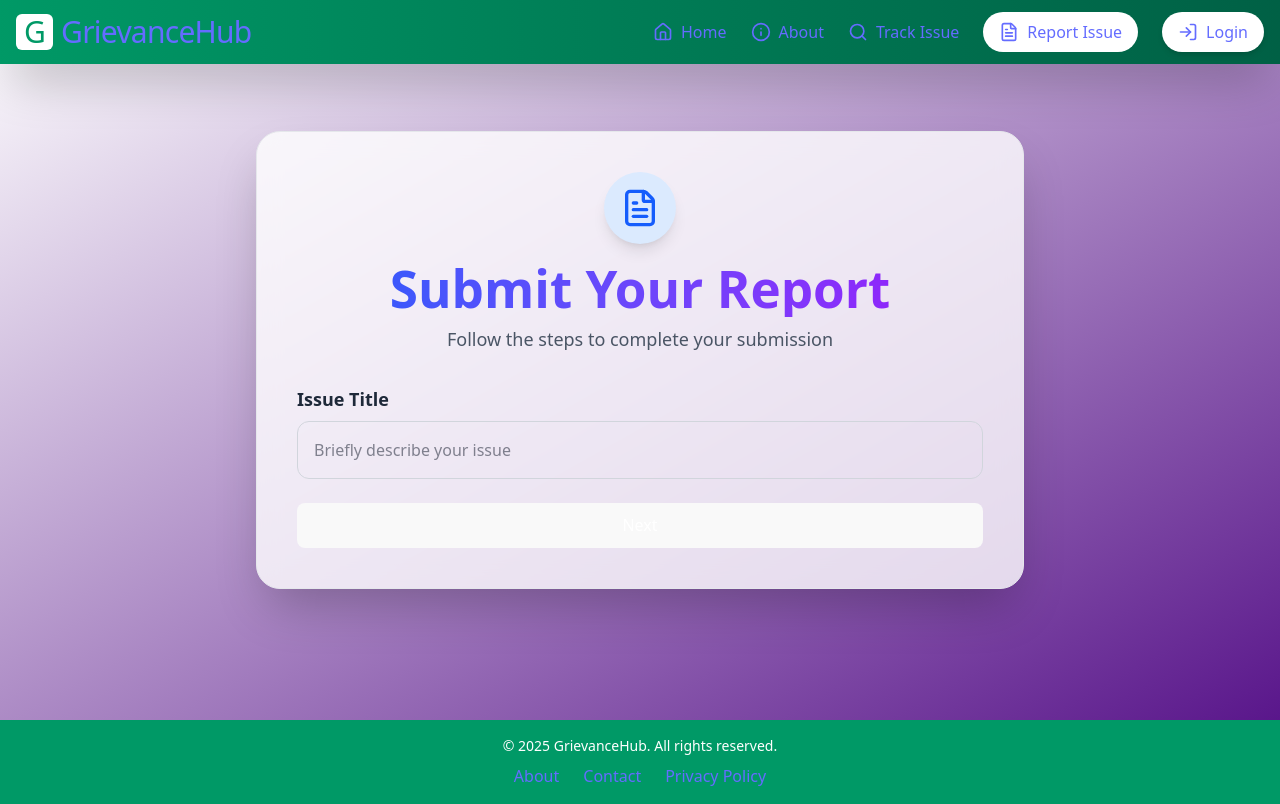
Repository: Aishi4/Grievance-Hub
Page: /report (app in my-vite-Griv/)
These files come from the project's save history. The page is drawn as it stood at one moment and after the next save; the edit follows.
The browser window is 1280 px wide. The pictures show the whole page.
The project was rebuilt for these pictures with package versions that can differ from the ones it lists, and the page was loaded fresh each time. Also part of the build but not shown: my-vite-Griv/vite.config.js, my-vite-Griv/src/Home.jsx, my-vite-Griv/src/Report.jsx, my-vite-Griv/src/App.jsx, my-vite-Griv/src/About.jsx, my-vite-Griv/src/TrackIssue.jsx.

Above is the page before, as saved 2025-03-27 21:42:36.

### my-vite-Griv/src/main.jsx
import { StrictMode } from 'react'
import { createRoot } from 'react-dom/client'
import './index.css'
import App from './App.jsx'
import { Route,createBrowserRouter, createRoutesFromElements, RouterProvider } from 'react-router'
import Layout from './Layout.jsx'
import Home from './Home.jsx'
import Report from './Report.jsx'
import About from './About.jsx'
import TrackIssue from './TrackIssue.jsx'
import ReportSubmit from './ReportSubmit.jsx'

const router = createBrowserRouter(
  createRoutesFromElements(
    <Route path='/' element={<Layout />}>
      <Route path="" element={<Home />} />
      <Route path="report" element={<ReportSubmit />} />
      <Route path="about" element={<About />} />
      <Route path="track" element={<TrackIssue />} />

    </Route>
  )
)

createRoot(document.getElementById('root')).render(
  <StrictMode>




    <RouterProvider router={router} />

  </StrictMode>,
)

### my-vite-Griv/src/Layout.jsx
import React from 'react'
import Navbar from './Navbar'
import Footer from './Footer'
import { Outlet } from 'react-router-dom'

function Layout() {
  return (
    <>
    <Navbar/>
    <main className="flex-grow text-gray-900 dark:text-white dark:bg-gray-900">
                <Outlet />
            </main>
    <Footer />
    </>
  )
}

export default Layout

### my-vite-Griv/src/ReportSubmit.jsx
import { useState } from "react";
import { motion } from "framer-motion";
import { Upload, FileText, Send } from "lucide-react";
import { ToastContainer, toast } from "react-toastify";
import "react-toastify/dist/ReactToastify.css";

const ReportSubmit = () => {
  const [step, setStep] = useState(1);
  const [formData, setFormData] = useState({
    title: "",
    description: "",
    images: [],
  });
  const [previews, setPreviews] = useState([]);
  const [loading, setLoading] = useState(false);

  const handleChange = (e) => {
    const { name, value } = e.target;
    setFormData({ ...formData, [name]: value });
  };

  const handleFileChange = (e) => {
    const files = Array.from(e.target.files);
    setFormData({ ...formData, images: files });

    const filePreviews = files.map((file) => URL.createObjectURL(file));
    setPreviews(filePreviews);
  };

  const handleSubmit = (e) => {
    e.preventDefault();
    setLoading(true);
    setTimeout(() => {
      toast.success("Report submitted successfully!");
      setFormData({ title: "", description: "", images: [] });
      setPreviews([]);
      setLoading(false);
      setStep(1);
    }, 2000);
  };

  return (
    <div className="h-screen w-screen bg-gradient-to-br from-white-700 to-purple-900 flex items-center justify-center p-6">
      <motion.div
        initial={{ opacity: 0, scale: 0.9 }}
        animate={{ opacity: 1, scale: 1 }}
        transition={{ duration: 0.5 }}
        className="bg-white/80 backdrop-blur-md rounded-3xl shadow-2xl w-full max-w-3xl overflow-hidden border border-gray-200 p-10"
      >
        <motion.div
          initial={{ y: -20, opacity: 0 }}
          animate={{ y: 0, opacity: 1 }}
          transition={{ delay: 0.2 }}
          className="text-center mb-8"
        >
          <div className="flex justify-center mb-4">
            <div className="bg-blue-100 p-4 rounded-full shadow-lg">
              <FileText size={40} className="text-blue-600" />
            </div>
          </div>
          <h1 className="text-5xl font-extrabold text-transparent bg-clip-text bg-gradient-to-r from-blue-600 to-purple-600">
            Submit Your Report
          </h1>
          <p className="text-gray-600 mt-2 text-lg">Follow the steps to complete your submission</p>
        </motion.div>

        <form onSubmit={handleSubmit} className="space-y-6">
          {step === 1 && (
            <>
              <label className="block text-gray-800 font-semibold mb-2 text-lg">Issue Title</label>
              <input
                type="text"
                name="title"
                value={formData.title}
                onChange={handleChange}
                required
                className="w-full p-4 border border-gray-300 rounded-xl focus:outline-none focus:ring-2 focus:ring-blue-500 transition-all duration-300"
                placeholder="Briefly describe your issue"
              />
              <button onClick={() => setStep(2)} className="w-full bg-blue-500 text-white p-3 rounded-xl">Next</button>
            </>
          )}

          {step === 2 && (
            <>
              <label className="block text-gray-800 font-semibold mb-2 text-lg">Detailed Description</label>
              <textarea
                name="description"
                value={formData.description}
                onChange={handleChange}
                required
                rows={4}
                className="w-full p-4 border border-gray-300 rounded-xl focus:outline-none focus:ring-2 focus:ring-blue-500 transition-all duration-300 resize-none"
                placeholder="Provide comprehensive details about your issue"
              />
              <div className="flex justify-between">
                <button onClick={() => setStep(1)} className="bg-gray-400 text-white p-3 rounded-xl">Back</button>
                <button onClick={() => setStep(3)} className="bg-blue-500 text-white p-3 rounded-xl">Next</button>
              </div>
            </>
          )}

          {step === 3 && (
            <>
              <label className="block text-gray-800 font-semibold mb-2 text-lg">Upload Supporting Images</label>
              <div className="flex items-center justify-center w-full">
                <label className="flex flex-col w-full h-40 border-4 border-dashed border-blue-300 hover:bg-blue-50 hover:border-blue-500 transition-all duration-300 rounded-xl cursor-pointer">
                  <div className="flex flex-col items-center justify-center pt-10">
                    <Upload size={40} className="text-blue-500 mb-2" />
                    <p className="text-gray-600 text-sm">
                      {formData.images.length > 0
                        ? `${formData.images.length} image(s) selected`
                        : "Drag & drop or click to upload"}
                    </p>
                  </div>
                  <input
                    type="file"
                    className="hidden"
                    accept="image/*"
                    multiple
                    onChange={handleFileChange}
                  />
                </label>
              </div>
              {previews.length > 0 && (
                <div className="mt-4 flex space-x-2 overflow-x-auto pb-2">
                  {previews.map((preview, index) => (
                    <img
                      key={index}
                      src={preview}
                      alt={`Preview ${index + 1}`}
                      className="h-24 w-24 object-cover rounded-lg border shadow-sm"
                    />
                  ))}
                </div>
              )}
              <div className="flex justify-between">
                <button onClick={() => setStep(2)} className="bg-gray-400 text-white p-3 rounded-xl">Back</button>
                <button type="submit" disabled={loading} className="bg-green-500 text-white p-3 rounded-xl">Submit</button>
              </div>
            </>
          )}
        </form>
      </motion.div>
      <ToastContainer />
    </div>
  );
};

export default ReportSubmit;

### my-vite-Griv/src/Navbar.jsx
import React, { useState } from 'react';
import { Link } from "react-router-dom";
import { motion } from "framer-motion";
import { Home, Info, Search, FileText, LogIn } from "lucide-react";

const Navbar = () => {
  const [isHovered, setIsHovered] = useState(null);

  const navItems = [
    {
      to: "/",
      label: "Home",
      icon: Home
    },
    {
      to: "/about",
      label: "About",
      icon: Info
    },
    {
      to: "/track",
      label: "Track Issue",
      icon: Search
    },
    {
      to: "/report",
      label: "Report Issue",
      icon: FileText,
      special: true
    }
  ];

  return (
    <motion.nav
      initial={{ opacity: 0, y: -50 }}
      animate={{ opacity: 1, y: 0 }}
      transition={{ duration: 0.6, type: "spring", stiffness: 50 }}
      className="fixed w-full z-50 bg-gradient-to-r from-emerald-600 to-emerald-800 text-white shadow-2xl"
    >
      <div className="container mx-auto px-4 py-3 flex justify-between items-center">
        {/* Logo with Hover Effect */}
        <motion.div
          whileHover={{ scale: 1.1 }}
          whileTap={{ scale: 0.95 }}
        >
          <Link
            to="/"
            className="text-3xl font-extrabold tracking-tight flex items-center space-x-2"
          >
            <span className="bg-white text-emerald-600 px-2 rounded-md">G</span>
            <span>GrievanceHub</span>
          </Link>
        </motion.div>

        {/* Navigation Links and Login */}
        <div className="flex items-center space-x-6">
          {navItems.map((item, index) => (
            <motion.div
              key={item.to}
              onHoverStart={() => setIsHovered(index)}
              onHoverEnd={() => setIsHovered(null)}
              className="relative"
            >
              <Link
                to={item.to}
                className={`
                  flex items-center space-x-2
                  ${item.special
                    ? 'bg-white text-emerald-600 px-4 py-2 rounded-full'
                    : 'text-white hover:text-emerald-200'}
                  transition-all duration-300
                `}
              >
                <item.icon size={20} />
                <span>{item.label}</span>
              </Link>

              {!item.special && isHovered === index && (
                <motion.div
                  layoutId="underline"
                  className="absolute bottom-[-6px] left-0 right-0 h-1 bg-white rounded-full"
                  initial={{ width: 0 }}
                  animate={{ width: '100%' }}
                />
              )}
            </motion.div>
          ))}

          {/* Login Button */}
          <motion.div
            whileHover={{ scale: 1.05 }}
            whileTap={{ scale: 0.95 }}
          >
            <Link
              to="/login"
              className="flex items-center space-x-2 bg-white text-emerald-700 px-4 py-2 rounded-full font-semibold shadow-md hover:bg-emerald-50 transition-all duration-300"
            >
              <LogIn size={20} />
              <span>Login</span>
            </Link>
          </motion.div>
        </div>
      </div>
    </motion.nav>
  );
};

export default Navbar;

### my-vite-Griv/src/Footer.jsx
const Footer = () => {
    return (
      <footer className="bg-emerald-600 text-white py-4  text-center">
        <div className="container mx-auto">
          <p className="text-sm">&copy; {new Date().getFullYear()} GrievanceHub. All rights reserved.</p>
          <div className="flex justify-center space-x-6 mt-2">
            <a href="/about" className="hover:underline">About</a>
            <a href="/contact" className="hover:underline">Contact</a>
            <a href="/privacy" className="hover:underline">Privacy Policy</a>
          </div>
        </div>
      </footer>
    );
  };

  export default Footer;

Loaded but not shown: my-vite-Griv/index.html (common file); my-vite-Griv/src/index.css (common file)

After the next save:
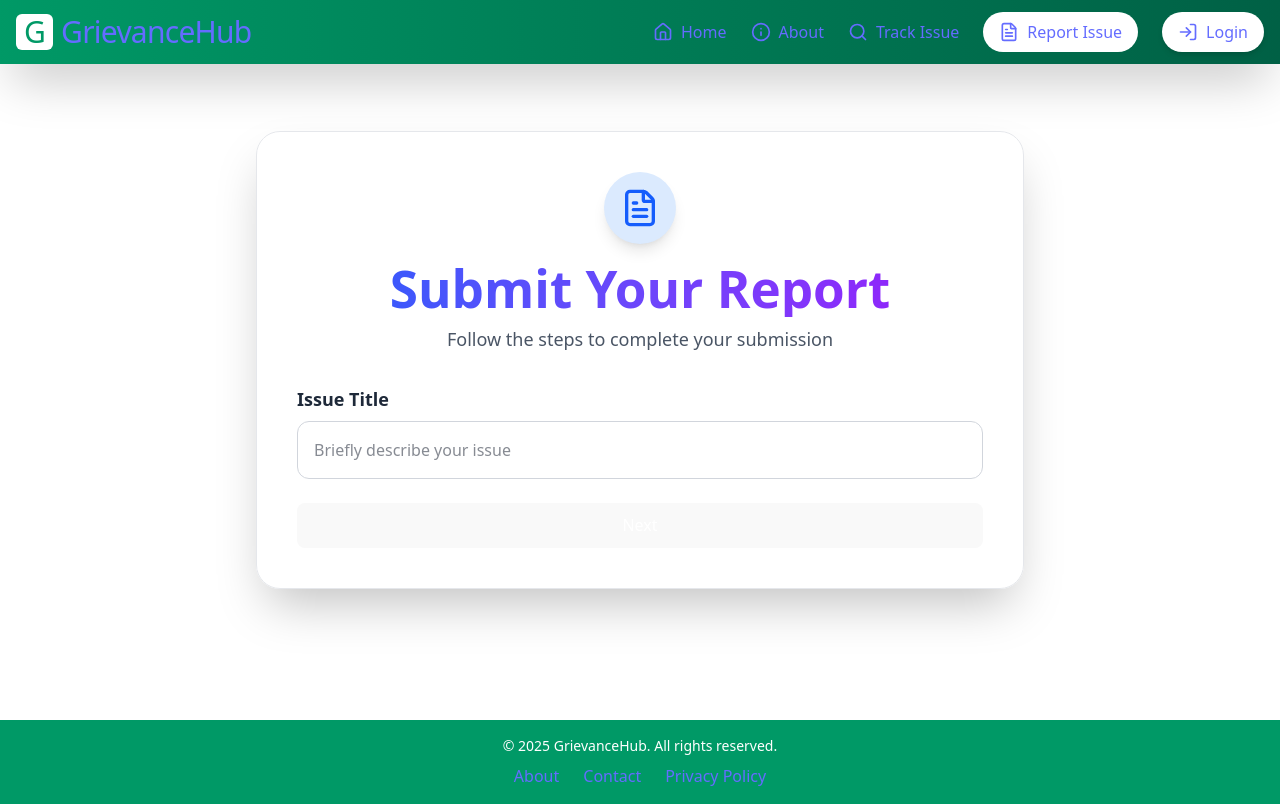
Saved 33 s later.
--- a/my-vite-Griv/src/ReportSubmit.jsx
+++ b/my-vite-Griv/src/ReportSubmit.jsx
@@ -40,7 +40,7 @@ const ReportSubmit = () => {
   };
 
   return (
-    <div className="h-screen w-screen bg-gradient-to-br from-white-700 to-purple-900 flex items-center justify-center p-6">
+    <div className="h-screen w-screen bg-gradient-to-br from-white-700  flex items-center justify-center p-6">
       <motion.div
         initial={{ opacity: 0, scale: 0.9 }}
         animate={{ opacity: 1, scale: 1 }}
